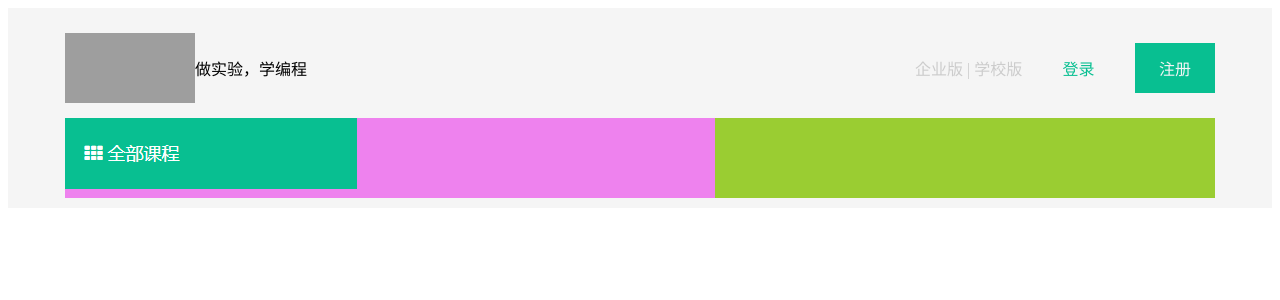
Repository: wuguozheng/xxbb
Page: /
An editor plug-in stored every save of this project. The page is shown before and after the next save, followed by the edit.
The browser window is 1280 px wide. The pictures show the whole page.
Pictures or frames that could not be fetched are drawn as grey boxes. The project was rebuilt for these pictures with package versions that can differ from the ones it lists, and the page was loaded fresh each time.

Above is the page before, as saved 2020-06-01 13:37:41.

After the next save:
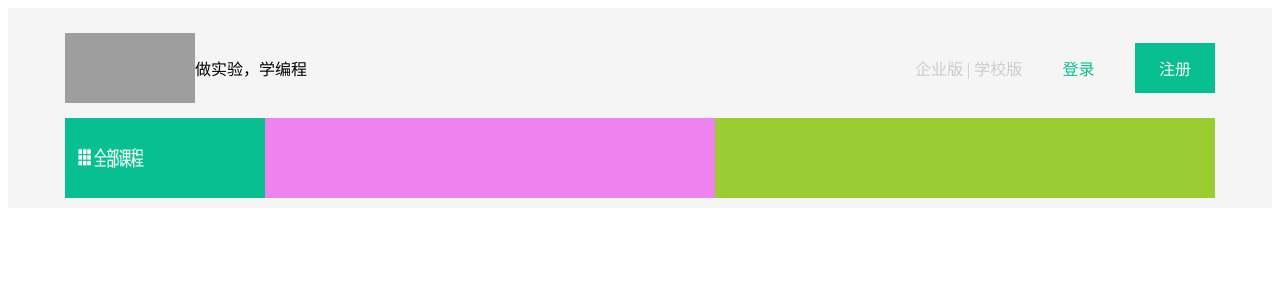
Saved 71 s later.
--- a/src/components/home/Mxs1.vue
+++ b/src/components/home/Mxs1.vue
@@ -20,7 +20,7 @@
       </div>
       <div class="run">
         <div class="run-1">
-          <img src="../home/QQ截图20200601133655.png" alt="">
+          <img src="../home/QQ截图20200601133655.png" alt="" width="200" height="80">
         </div>
       </div>
     </div>
